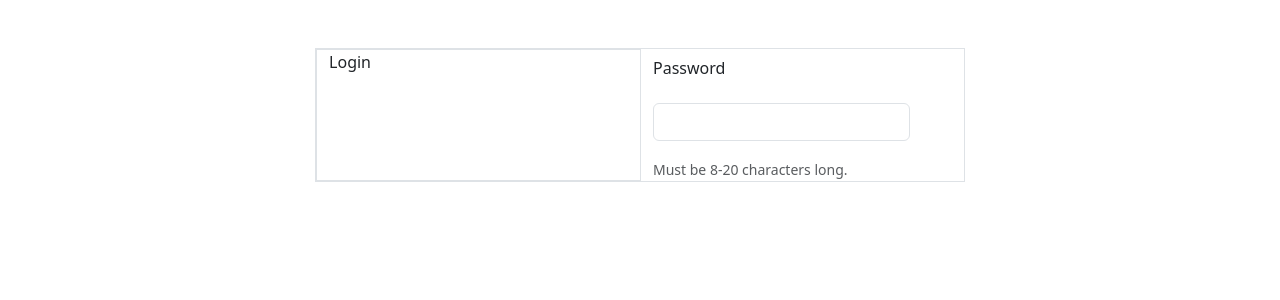
Repository: AHSANS354/Tugas-MSIB-5-GitHub
Page: http://localhost/tugas login/login.php
An editor plug-in stored every save of this project. The page is shown before and after the next save, followed by the edit.
The browser window is 1280 px wide. The pictures show the whole page.
The page is run by PHP 8.4 with error messages shown; the project is at /var/www/html/.

Above is the page before, as saved 2023-09-27 22:57:41.

After the next save:
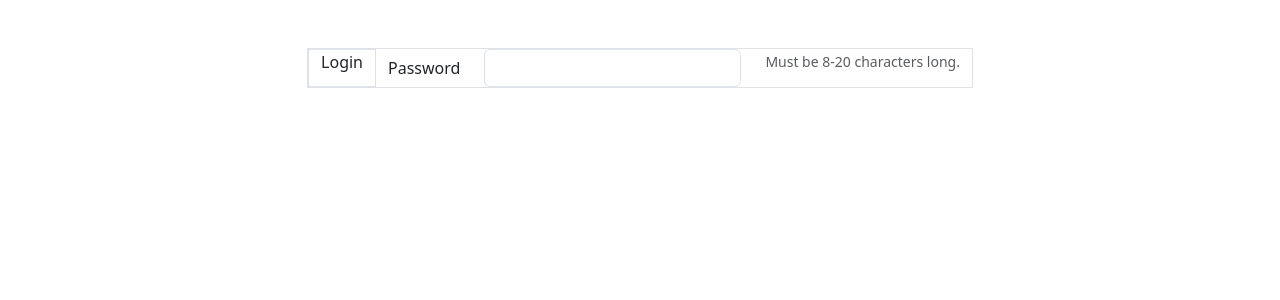
Saved 89 s later.
--- a/tugas login/login.php
+++ b/tugas login/login.php
@@ -12,23 +12,19 @@
             <div class="col border">
                 <span>Login</span>
             </div>
-            <div class="col">
-            <div class="row g-3 align-items-center">
-  <div class="col-auto">
-    <label for="inputPassword6" class="col-form-label">Password</label>
-  </div>
-  <div class="col-auto">
-    <input type="password" id="inputPassword6" class="form-control" aria-describedby="passwordHelpInline">
-  </div>
-  <div class="col-auto">
-    <span id="passwordHelpInline" class="form-text">
-      Must be 8-20 characters long.
-    </span>
-  </div>
-</div>
+            <div class="col-auto">
+               <label for="inputPassword6" class="col-form-label">Password</label>
             </div>
-        </div>
-    </div>
+            <div class="col-auto">
+              <input type="password" id="inputPassword6" class="form-control" aria-describedby="passwordHelpInline">
+            </div>
+            <div class="col-auto">
+              <span id="passwordHelpInline" class="form-text">
+                Must be 8-20 characters long.
+               </span>
+             </div>
+            </div>
+            </div>
     <script src="https://cdn.jsdelivr.net/npm/bootstrap@5.3.2/dist/js/bootstrap.bundle.min.js" integrity="sha384-C6RzsynM9kWDrMNeT87bh95OGNyZPhcTNXj1NW7RuBCsyN/o0jlpcV8Qyq46cDfL" crossorigin="anonymous"></script>
   </body>
 </html>
